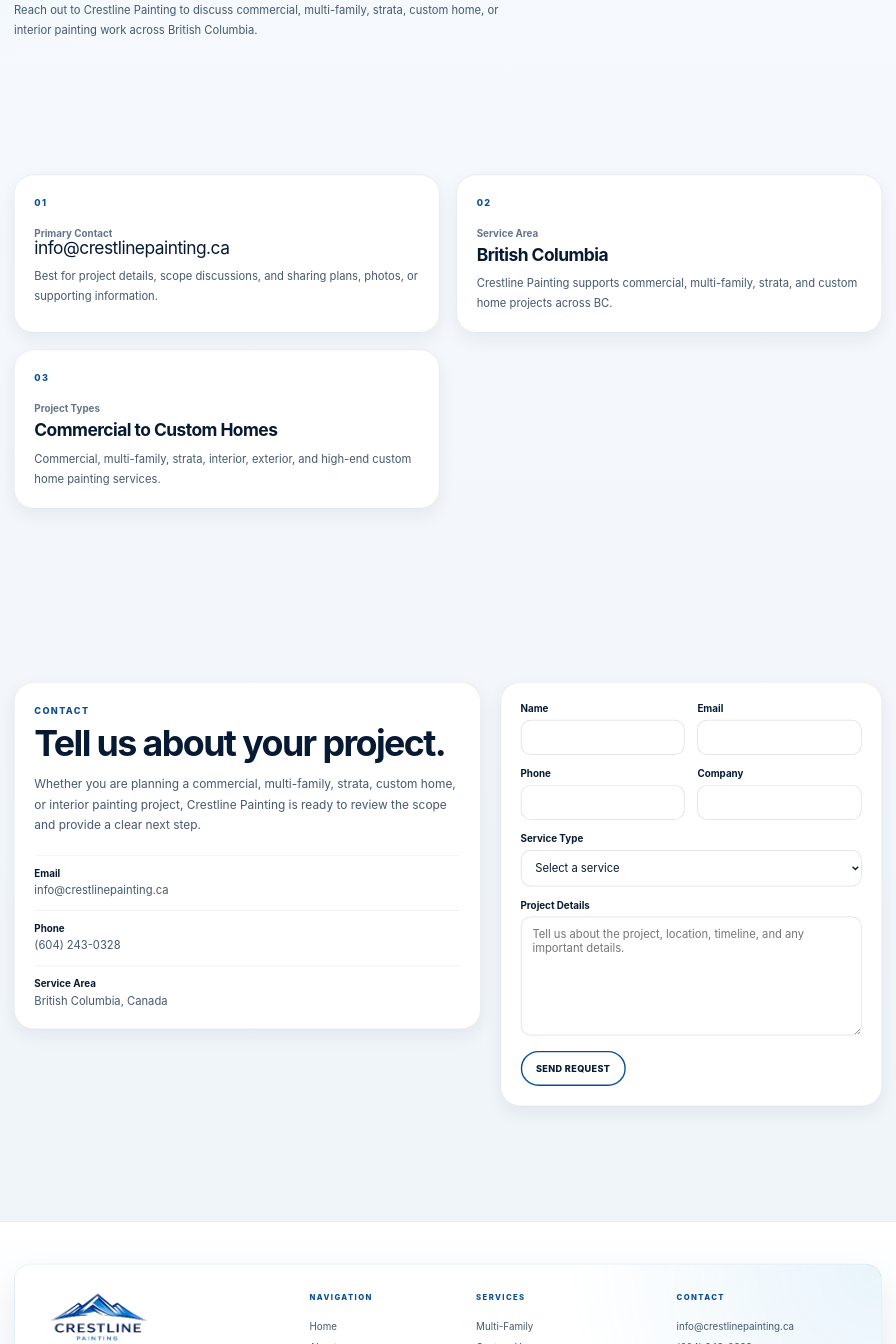
Repository: 300LBHACK3R/Crestline-Painting
Page: /contact
These files come from the project's save history. The page is drawn as it stood at one moment and after the next save; the edit follows.
The browser window is 1280 px wide. The pictures show the part of the page from y = 425 to 2345 px (the page is 2601 px tall before and 2836 px after), at 70% of full size.
The project was rebuilt for these pictures with package versions that can differ from the ones it lists, and the page was loaded fresh each time. The framework's server and built-in components were replaced by stand-ins that run in the browser. Also part of the build but not shown: next.config.ts.

Above is the page before, as saved 2026-04-29 09:02:38.

After the next save:
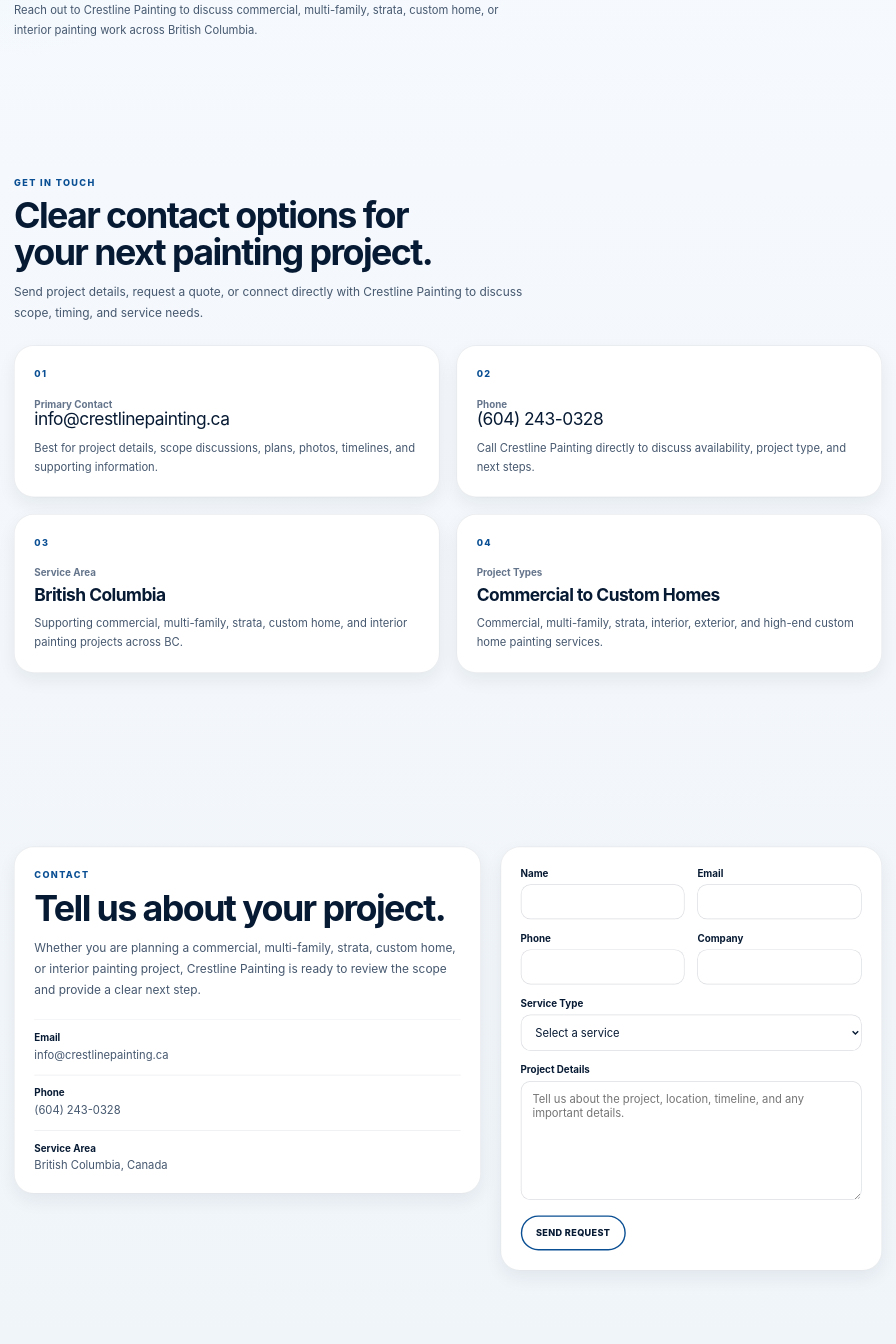
Saved 34 s later.
--- a/src/components/contact/contact-details.tsx
+++ b/src/components/contact/contact-details.tsx
@@ -1,66 +1,86 @@
-import Link from "next/link";
+type ContactDetailItem = {
+  number: string;
+  label: string;
+  value: string;
+  href?: string;
+  text: string;
+};
 
-const items = [
+const contactDetails: ContactDetailItem[] = [
   {
     number: "01",
     label: "Primary Contact",
     value: "info@crestlinepainting.ca",
     href: "mailto:info@crestlinepainting.ca",
-    text: "Best for project details, scope discussions, and sharing plans, photos, or supporting information.",
+    text:
+      "Best for project details, scope discussions, plans, photos, timelines, and supporting information.",
   },
   {
     number: "02",
-    label: "Service Area",
-    value: "British Columbia",
-    text: "Crestline Painting supports commercial, multi-family, strata, and custom home projects across BC.",
+    label: "Phone",
+    value: "(604) 243-0328",
+    href: "tel:+16042430328",
+    text:
+      "Call Crestline Painting directly to discuss availability, project type, and next steps.",
   },
   {
     number: "03",
+    label: "Service Area",
+    value: "British Columbia",
+    text:
+      "Supporting commercial, multi-family, strata, custom home, and interior painting projects across BC.",
+  },
+  {
+    number: "04",
     label: "Project Types",
     value: "Commercial to Custom Homes",
-    text: "Commercial, multi-family, strata, interior, exterior, and high-end custom home painting services.",
+    text:
+      "Commercial, multi-family, strata, interior, exterior, and high-end custom home painting services.",
   },
 ];
 
 export default function ContactDetails() {
   return (
-    <section className="section contact-details">
+    <section
+      className="section contact-details"
+      aria-labelledby="contact-details-heading"
+    >
       <div className="container">
+        <div className="section-intro contact-details__intro">
+          <span className="section-intro__eyebrow">Get in Touch</span>
+
+          <h2 id="contact-details-heading" className="section-intro__title">
+            Clear contact options for your next painting project.
+          </h2>
+
+          <p className="section-intro__copy">
+            Send project details, request a quote, or connect directly with
+            Crestline Painting to discuss scope, timing, and service needs.
+          </p>
+        </div>
+
         <div className="card-grid contact-details__grid">
+          {contactDetails.map((item) => (
+            <article key={item.number} className="card contact-details__card">
+              <span className="card__eyebrow">{item.number}</span>
 
-          {items.map((item) => (
-            <article
-              key={item.number}
-              className="card contact-details__card"
-            >
-              <span className="card__eyebrow">
-                {item.number}
-              </span>
-
-              <div className="card__meta">
-                {item.label}
-              </div>
+              <div className="card__meta">{item.label}</div>
 
               {item.href ? (
                 <a
                   href={item.href}
                   className="card__title contact-details__link"
-                  aria-label={`Contact via ${item.label}`}
+                  aria-label={`${item.label}: ${item.value}`}
                 >
                   {item.value}
                 </a>
               ) : (
-                <h3 className="card__title">
-                  {item.value}
-                </h3>
+                <h3 className="card__title">{item.value}</h3>
               )}
 
-              <p className="card__copy">
-                {item.text}
-              </p>
+              <p className="card__copy">{item.text}</p>
             </article>
           ))}
-
         </div>
       </div>
     </section>
